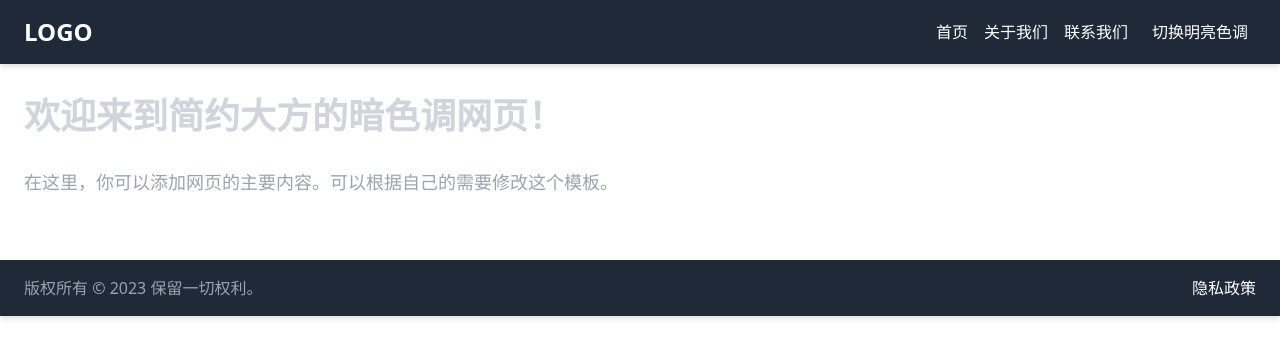
Repository: skybainiao/HackerStarter
Page: index.html
The author's editor kept a copy of each file at every save. The page is drawn from the files as they stood at one save, then again after the next save.
The browser window is 1280 px wide. The pictures show the whole page.
After loading, the first visible `#themeToggle` was clicked once.

Above is the page before, as saved 2023-04-08 15:29:54.

After the next save:
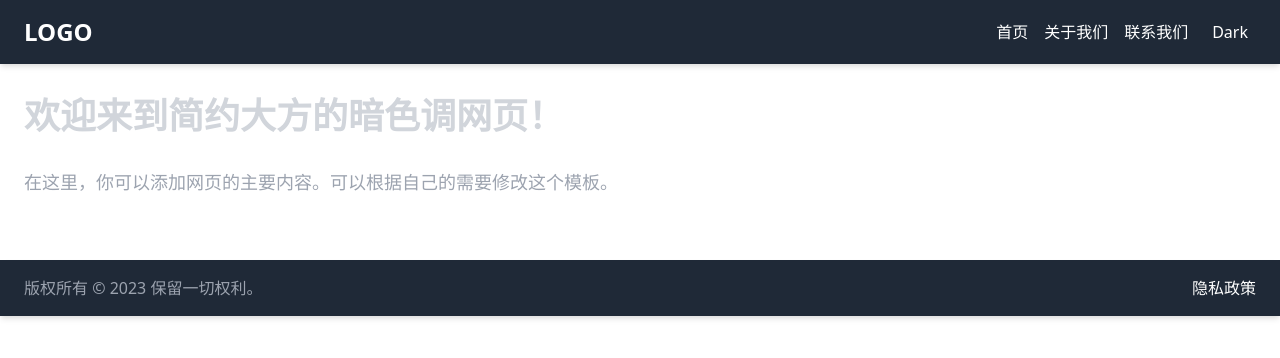
Saved 15 s later.
--- a/index.html
+++ b/index.html
@@ -97,10 +97,10 @@
           const body = document.querySelector('body');
           if (body.classList.contains('light-theme')) {
             body.classList.remove('light-theme');
-            themeToggle.textContent = '切换暗色调';
+            themeToggle.textContent = 'Light';
           } else {
             body.classList.add('light-theme');
-            themeToggle.textContent = '切换明亮色调';
+            themeToggle.textContent = 'Dark';
           }
         });
       });
